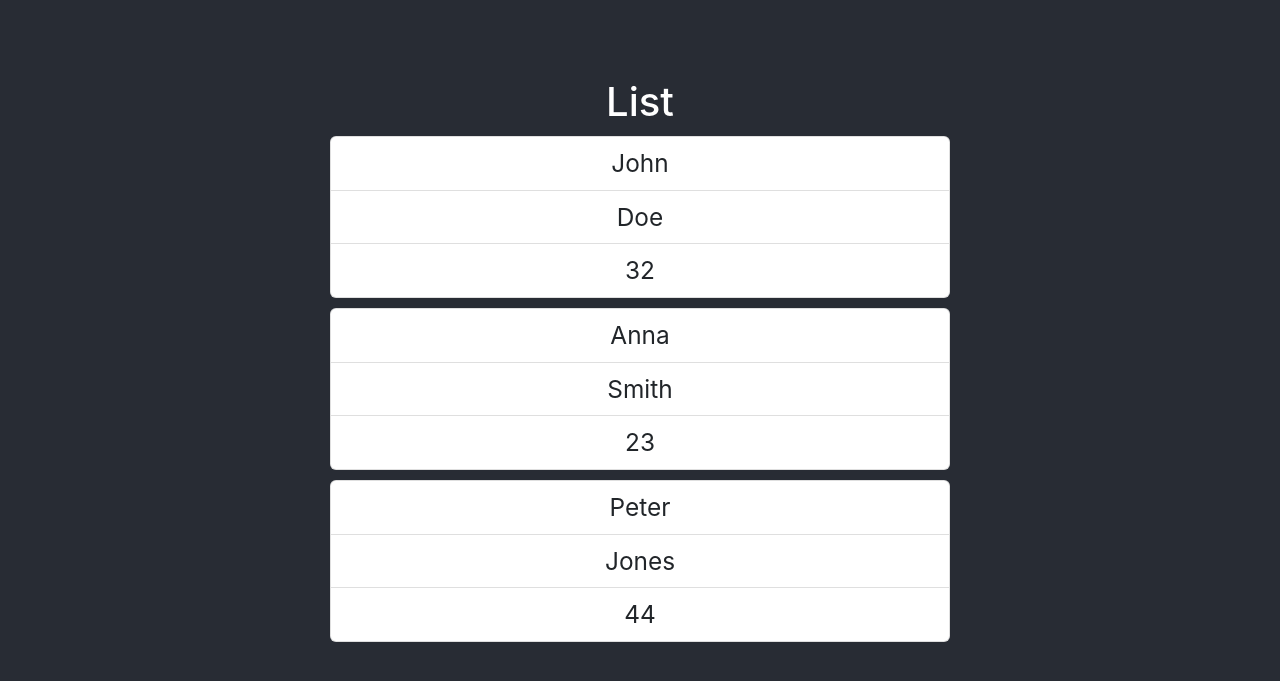
Repository: JasonMorta/ExamplesWithReact
Page: / (app in examples/)
The author's editor kept a copy of each file at every save. The page is drawn from the files as they stood at one save, then again after a run of saves.
The browser window is 1280 px wide. The pictures show the whole page.
The project was rebuilt for these pictures with package versions that can differ from the ones it lists, and the page was loaded fresh each time.

Above is the page before, as saved 2022-10-03 19:47:53.

### examples/public/index.html
<!DOCTYPE html>
<html lang="en">
  <head>
    <meta charset="utf-8" />
    <link rel="icon" href="%PUBLIC_URL%/favicon.ico" />
    <meta name="viewport" content="width=device-width, initial-scale=1" />
    <meta name="theme-color" content="#000000" />
    <meta
      name="description"
      content="Web site created using create-react-app"
    />
    <link rel="apple-touch-icon" href="%PUBLIC_URL%/logo192.png" />
    <!--
      manifest.json provides metadata used when your web app is installed on a
      user's mobile device or desktop. See https://developers.google.com/web/fundamentals/web-app-manifest/
    -->
    <link rel="manifest" href="%PUBLIC_URL%/manifest.json" />
    <!--
      Notice the use of %PUBLIC_URL% in the tags above.
      It will be replaced with the URL of the `public` folder during the build.
      Only files inside the `public` folder can be referenced from the HTML.

      Unlike "/favicon.ico" or "favicon.ico", "%PUBLIC_URL%/favicon.ico" will
      work correctly both with client-side routing and a non-root public URL.
      Learn how to configure a non-root public URL by running `npm run build`.
    -->
    <link href="https://cdn.jsdelivr.net/npm/bootstrap@5.2.1/dist/css/bootstrap.min.css" rel="stylesheet">
    <title>React App</title>
  </head>
  <body>
    <noscript>You need to enable JavaScript to run this app.</noscript>
    <div id="root"></div>
    <!--
      This HTML file is a template.
      If you open it directly in the browser, you will see an empty page.

      You can add webfonts, meta tags, or analytics to this file.
      The build step will place the bundled scripts into the <body> tag.

      To begin the development, run `npm start` or `yarn start`.
      To create a production bundle, use `npm run build` or `yarn build`.
    -->
  </body>
</html>

### examples/src/App.js
import logo from './logo.svg';
import './App.css';
import Instance from './components/Instance';





function App() {
  return (
    <div className="App">
      <header className="App-header">
      <Instance />
      </header>
    </div>
  );
}

export default App;

### examples/src/App.css
.App {
  text-align: center;
}

.App-logo {
  height: 40vmin;
  pointer-events: none;
}

@media (prefers-reduced-motion: no-preference) {
  .App-logo {
    animation: App-logo-spin infinite 20s linear;
  }
}

.App-header {
  background-color: #282c34;
  min-height: 100vh;
  display: flex;
  flex-direction: column;
  align-items: center;
  justify-content: center;
  font-size: calc(10px + 2vmin);
  color: white;
}

.App-link {
  color: #61dafb;
}

@keyframes App-logo-spin {
  from {
    transform: rotate(0deg);
  }
  to {
    transform: rotate(360deg);
  }
}


ul {
  margin: 10px;
}

### examples/src/components/Instance.jsx
import React from 'react'

export default function Instance() {

const employees = [
  { firstName: "John", lastName: "Doe", age: 32 },
  { firstName: "Anna", lastName: "Smith", age: 23 },
  { firstName: "Peter", lastName: "Jones", age: 44 },
];



  return (
    <div style={{minWidth: "50%"}}>
      <h1>List</h1>

      {employees.map((obj, index) => (
        <ul class="list-group">
          <li class="list-group-item">{obj.firstName}</li>
          <li class="list-group-item">{obj.lastName}</li>
          <li class="list-group-item">{obj.age}</li>
        </ul>
      ))}
    </div>
  );
}

Loaded but not shown: examples/src/index.js (common file); examples/src/index.css (common file); examples/src/reportWebVitals.js (common file)

After the next 2 saves:
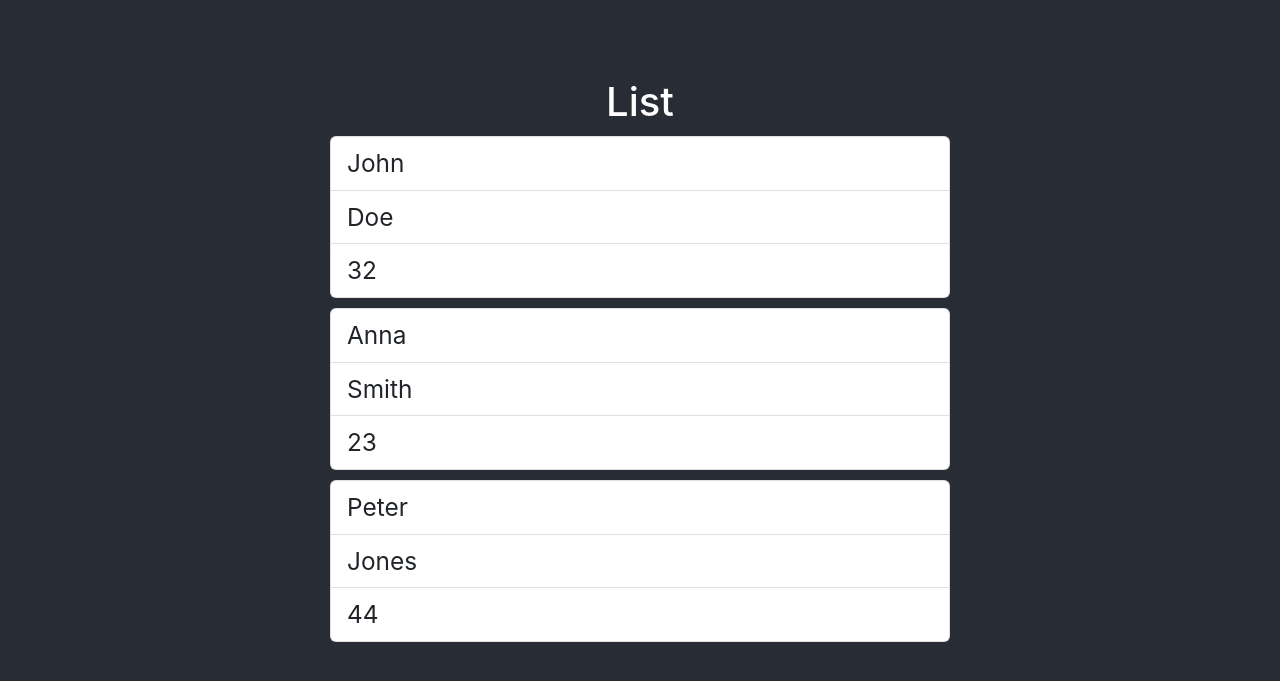
The 2 saves are shown as one change because they came seconds apart.
The last was saved 23 s later.
--- a/examples/src/App.css
+++ b/examples/src/App.css
@@ -40,4 +40,5 @@
 
 ul {
   margin: 10px;
+  text-align: initial;
 }
